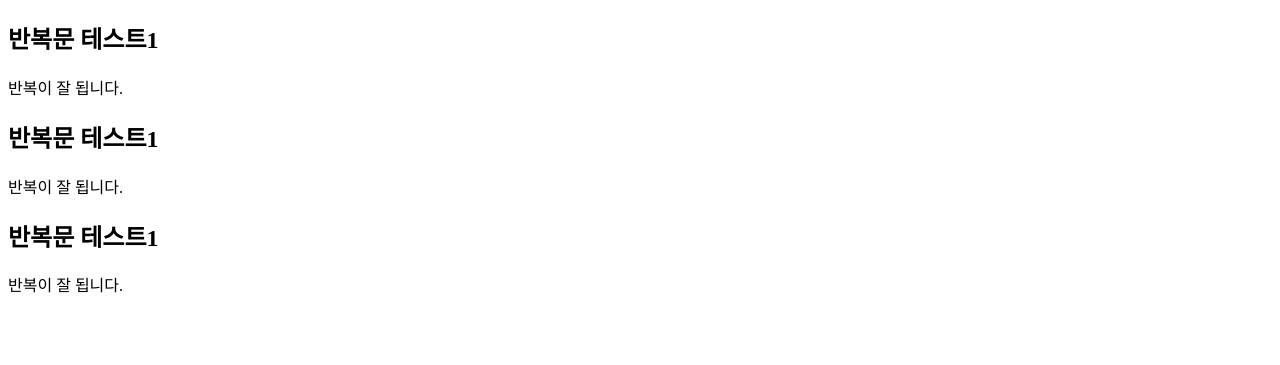
Repository: dev-leeJin/jsp-practice
Page: http://localhost/JSPBasic/jspTag/Scriptlet.jsp
The author's editor kept a copy of each file at every save. The page is drawn from the files as they stood at one save, then again after the next save.
The browser window is 1280 px wide. The pictures show the whole page.
The page is served by Tomcat 9.

Above is the page before, as saved 2022-01-28 02:29:27.

After the next save:
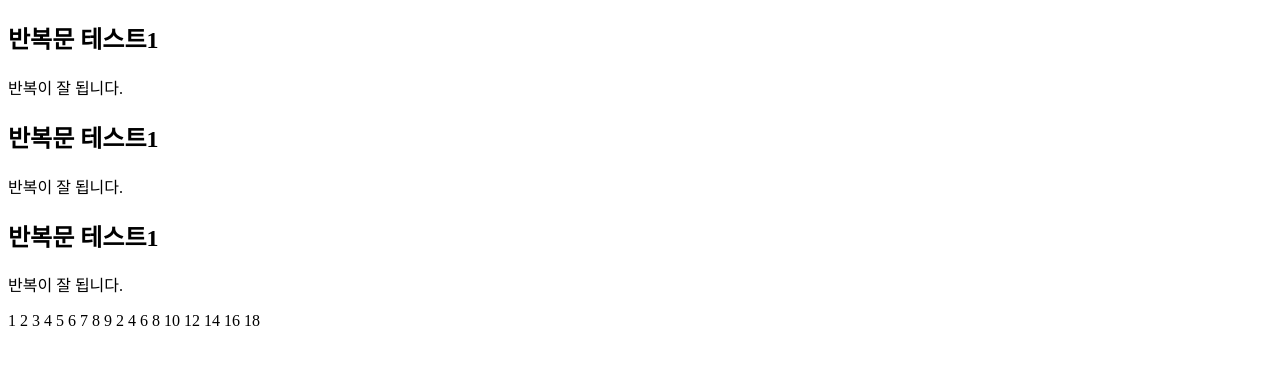
Saved 4 min 33 s later.
--- a/JSPBasic/src/main/webapp/jspTag/Scriptlet.jsp
+++ b/JSPBasic/src/main/webapp/jspTag/Scriptlet.jsp
@@ -15,5 +15,18 @@
 			반복이 잘 됩니다.
 		</p>
 	<%} %>  <!-- 띄어주는 부분은 따로 표현을 해줘야 작동한다. -->
+
+	<!-- Q하단에 구구단 코드를 작성해주세요.
+	System.out.println() 이 괄호 내 구문을 콘솔에 찍히게 해줬다면
+	out.println()은 html화면에 괄호 내 구문을 콘솔에 찍히게 해줍니다.
+	(javascript의 document.write()와 같은 역할-->
+	<%
+		for(int a = 1; a<3; a++){
+
+			for(int b = 1; b<10; b++){
+				out.println(a*b);
+			}
+		}
+	%>
 </body>
 </html>
